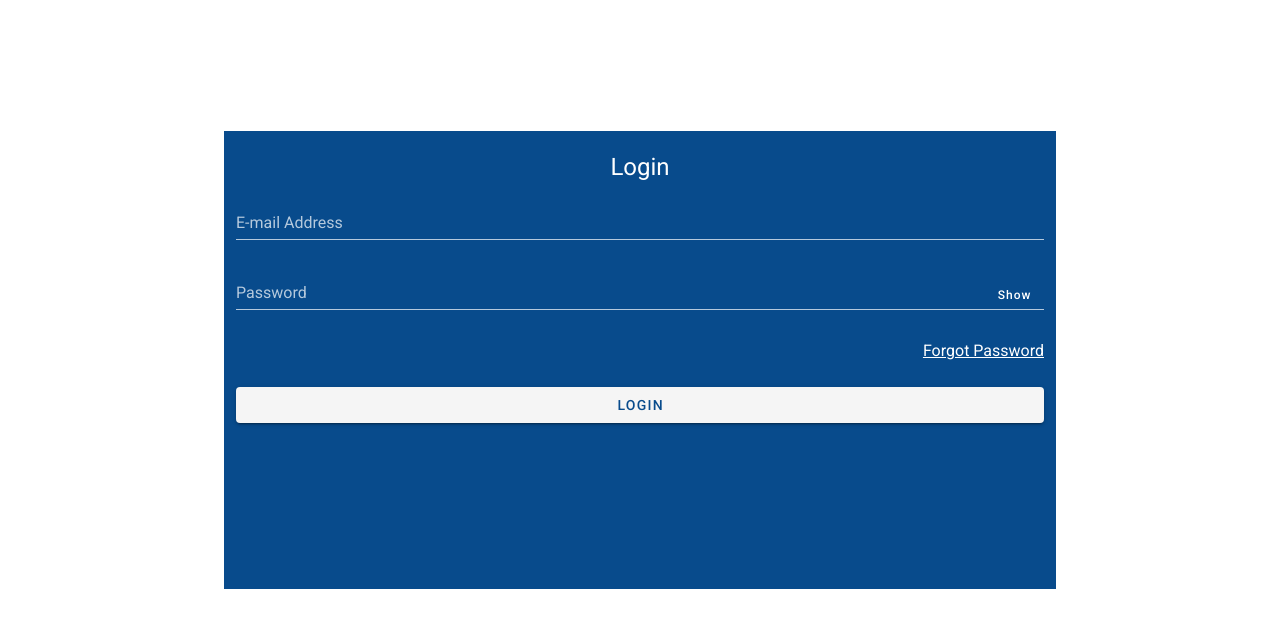
Repository: Grace229/Login
Page: /
These files come from the project's save history. The page is drawn as it stood at one moment and after the next save; the edit follows.
The browser window is 1280 px wide. The pictures show the whole page.
The project was rebuilt for these pictures with package versions that can differ from the ones it lists, and the page was loaded fresh each time. Also part of the build but not shown: vue.config.js. Imported but missing from the stored project, and not drawn on this page: src/components/EventBus, src/views/About.vue.

Above is the page before, as saved 2021-02-15 12:06:34.

### src/App.vue
<template>
  <v-app>
    <v-main><router-view></router-view> </v-main>
  </v-app>
</template>

<script>
export default {
  name: "App",

  components: {},

  data: () => ({
    //
  }),
};
</script>

### src/plugins/vuetify.js
import Vue from "vue";
import Vuetify from "vuetify/lib/framework";

Vue.use(Vuetify);

export default new Vuetify({
  theme: {
    options: {
      customProperties: true
    },
    themes: {
      light: {
        primary: "#084b8c",
        secondary: "#424242",
        accent: "#82B1FF",
        error: "#FF5252",
        info: "#2196F3",
        success: "#4CAF50",
        warning: "#FFC107"
      }
    }
  }
});

### src/views/Home.vue
<template>
  <main
    style="min-height:100vh"
    class="fill-height white--text d-flex flex-column justify-center pa-4"
  >
    <div class="col-md-8 primary mx-auto" style="height: 100%;">
      <header>
        <div class="headline text-center py-2">
          Login
        </div>
      </header>

      <section class="mx-auto">
        <div>
          <v-text-field
            dark
            label="E-mail Address"
            v-model="FORM.email"
            :rules="[rules.required, rules.email]"
          />
        </div>
        <div>
          <v-text-field
            dark
            v-model="password"
            :rules="[rules.required]"
            label="Password"
            :type="showPassword ? 'text' : 'password'"
          >
            <v-btn
              text
              small
              slot="append"
              @click="showPassword = !showPassword"
              class="transparent text-capitalize"
              >{{ showPassword ? "hide" : "show" }}</v-btn
            >
          </v-text-field>

          <div class="text-right py-2">
            <router-link to="/#" class="white--text"
              >Forgot Password</router-link
            >
          </div>

          <div class="pt-4">
            <v-btn block class="primary--text">Login</v-btn>
          </div>
        </div>
      </section>
    </div>
  </main>
</template>

<script>
import axios from "axios";
import router from "../router";
import EventBus from "../components/EventBus";
export default {
  data() {
    return {
      email: "",
      password: "",
      FORM: {},
      showPassword: false,
      rules: {
        required: (value) => !!value || "Required.",
        counter: (value) => value.length <= 20 || "Max 20 characters",
        email: (value) => {
          const pattern = /^(([^<>()[\]\\.,;:\s@"]+(\.[^<>()[\]\\.,;:\s@"]+)*)|(".+"))@((\[[0-9]{1,3}\.[0-9]{1,3}\.[0-9]{1,3}\.[0-9]{1,3}])|(([a-zA-Z\-0-9]+\.)+[a-zA-Z]{2,}))$/;
          return pattern.test(value) || "Invalid e-mail.";
        },
      },
    };
  },
  methods: {
    login() {
      axios
        .post("/users/Login", {
          email: this.email,
          password: this.password,
        })
        .then((res) => {
          localStorage.setItem("usertoken", res.data);
          this.email = "";
          this.password = "";
          router.push({ name: "Profile" });
        })
        .catch((err) => {
          console.log(err);
        });
      this.emitMethod();
    },
    emitMethod() {
      EventBus.$emit("logged-in", "loggedin");
    },
  },
};
</script>

Loaded but not shown: public/index.html (common file); src/main.js (common file); src/router/index.js (common file); src/store/index.js (common file)

After the next save:
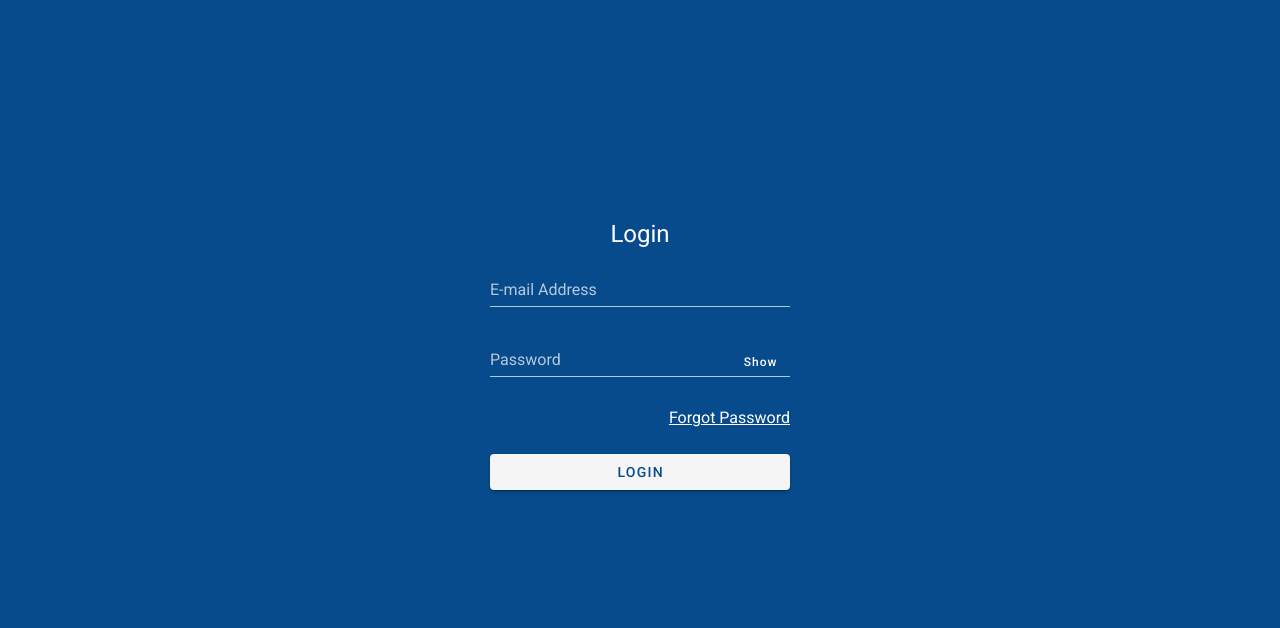
Saved 92 s later.
--- a/src/views/Home.vue
+++ b/src/views/Home.vue
@@ -1,16 +1,16 @@
 <template>
   <main
     style="min-height:100vh"
-    class="fill-height white--text d-flex flex-column justify-center pa-4"
+    class="primary fill-height white--text d-flex flex-column justify-center pa-4"
   >
-    <div class="col-md-8 primary mx-auto" style="height: 100%;">
+    <div class="col-md-6 mt-5 mx-auto">
       <header>
         <div class="headline text-center py-2">
           Login
         </div>
       </header>
 
-      <section class="mx-auto">
+      <section class="mx-auto" style="width: 50%">
         <div>
           <v-text-field
             dark
